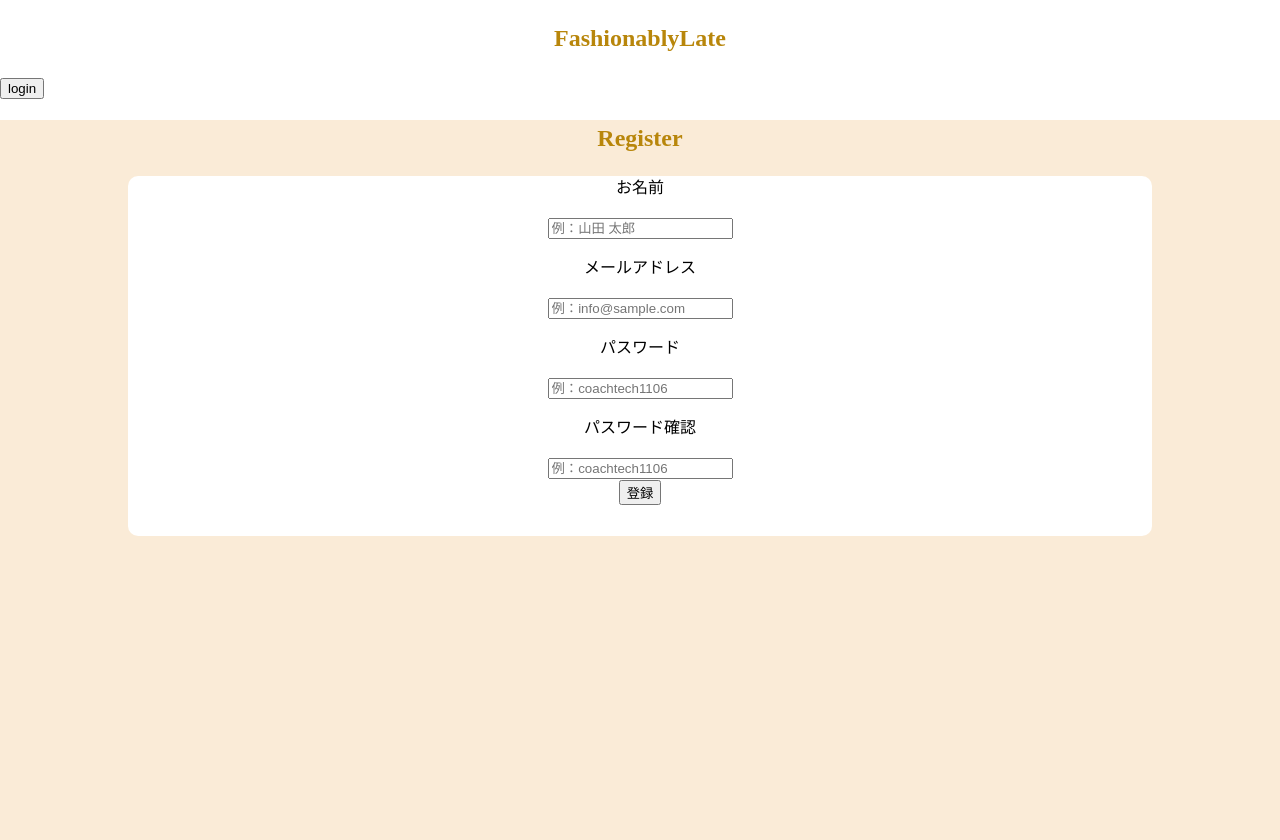
Repository: tokisiro/test-form
Page: http://localhost/register
The author's editor kept a copy of each file at every save. The page is drawn from the files as they stood at one save, then again after the next save.
The browser window is 1280 px wide. The pictures show the whole page.
The page is served by the project's Laravel application, run on PHP 8.4 with Laravel 8. A made-up administrator, Test User (test@example.com), is signed in. Other server files are loaded and not shown.

Above is the page before, as saved 2025-05-07 20:38:31.

### src/routes/web.php
<?php

use Illuminate\Support\Facades\Route;
use App\Http\Controllers\ContactController;
use App\Http\Controllers\UsersController;
use Laravel\Fortify\Http\Controllers\AuthenticatedSessionController;
use Laravel\Fortify\Http\Controllers\RegisteredUserController;
/*
|--------------------------------------------------------------------------
| Web Routes
|--------------------------------------------------------------------------
|
| Here is where you can register web routes for your application. These
| routes are loaded by the RouteServiceProvider within a group which
| contains the "web" middleware group. Now create something great!
|
*/

Route::get('/',[ContactController::class, 'index']);
Route::post('/confirm',[ContactController::class, 'confirm']);
Route::post('/create',[ContactController::class, 'create']);

Route::post('/admin',[UsersController::class, 'admin']);
Route::get('/register',[UsersController::class, 'register']);




Route::middleware('auth')->group(function () {
    Route::get('/admin', [UsersController::class, 'admin']);
});

### src/app/Models/User.php
<?php

namespace App\Models;

use Illuminate\Contracts\Auth\MustVerifyEmail;
use Illuminate\Database\Eloquent\Factories\HasFactory;
use Illuminate\Foundation\Auth\User as Authenticatable;
use Illuminate\Notifications\Notifiable;
use Laravel\Sanctum\HasApiTokens;

class User extends Authenticatable
{
    use HasApiTokens, HasFactory, Notifiable;
    protected $table = 'users';

    /**
     * The attributes that are mass assignable.
     *
     * @var array<int, string>
     */
    protected $fillable = [
        'name',
        'email',
        'password',
        'remember_token',
    ];

    /**
     * The attributes that should be hidden for serialization.
     *
     * @var array<int, string>
     */
    protected $hidden = [
        'password',
        'remember_token',
    ];

    /**
     * The attributes that should be cast.
     *
     * @var array<string, string>
     */
    protected $casts = [
        'email_verified_at' => 'datetime',
    ];

    public function contacts()
{
    return $this->hasMany(Contact::class);
}
}

### src/app/Http/Controllers/UsersController.php
<?php

namespace App\Http\Controllers;

use App\Models\Category;
use App\Models\Contact;
use App\Models\User;
use Illuminate\Http\Request;
use App\Http\Requests\RegisterUserRequest;

//管理者用
class UsersController extends Controller
{
    public function register(){
        return view('register');
    }
    public function create(RegisterUserRequest $request){
        $form = $request->all();
        User::create($form);
        return view('login');
    }
    public function login(){
        return view('login');
    }
    public function admin(){


        $contacts = Contact::all()->map(function($contact) {
        switch($contact->gender) {
        case 1:
            $contact->gender_text = '男性';
            break;
        case 2:
            $contact->gender_text = '女性';
            break;
        case 3:
            $contact->gender_text = 'その他';
            break;
        default:
            $contact->gender_text = '';
            break;
        }
        // お問い合わせ内容を変換
        switch($contact->category_id) {
        case 1:
            $contact->category_name = '商品のお届けについて';
            break;
        case 2:
            $contact->category_name = '商品の交換について';
            break;
        case 3:
            $contact->category_name = '商品トラブル';
            break;
        case 4:
            $contact->category_name = 'ショップへのお問い合わせ';
            break;
        case 5:
            $contact->category_name = 'その他';
            break;
        default:
            $contact->category_name = '';
            break;
        }
        return $contact;
    });

    // もしももともと contacts がなければ空のコレクションを設定
    if ($contacts->isEmpty()) {
        $contacts = collect();
    }

    // ビューに渡す
    return view('admin', ['contacts' => $contacts]);


    }
}

### src/resources/views/register.blade.php
<!DOCTYPE html>
<html lang="ja">
<head>
    <meta charset="UTF-8">
    <meta http-equiv="X-UA-Compatible" content="IE=edge">
    <meta name="viewport" content="width=device-width, initial-scale=1.0">
    <title>FashionablyLate</title>
    <link rel="stylesheet" href="css/sanitize.css" />
    <link rel="stylesheet" href="css/register.css" />
</head>
<body>
    <!--ユーザー登録ページ-->
    <header class="header">
        <div class="header__inner">
            <a class="header__logo" href="/">
                FashionablyLate
            </a>
        </div>
        <div class="header__button">
            <a  href="/login">
                <button class="header__button-item">
                    login
                </button>
            </a>
        </div>
    </header>
    <main>
        <div class="register-form">
            <div class="register-form__title">
                <h2>Register</h2>
            </div>
            <div class="register-form__content">
                    <div class="register-form__content-item">
                        <form action="/register" method="post">
                            @csrf
                            @if (count($errors) > 0)
                            <ul>
                                @foreach ($errors->all() as $error)
                                    <li>{{$error}}</li>
                                @endforeach
                            </ul>
                        @endif
                            <p>お名前</p>
                            <input type="text" name="name" value="{{ old('name') }}" placeholder="例：山田 太郎">
                            <p>メールアドレス</p>
                            <input type="email" name="email" value="{{ old('email') }}" placeholder="例：info@sample.com">
                            <p>パスワード</p>
                            <input type="password" name="password" placeholder="例：coachtech1106">
                            <p>パスワード確認</p>
                            <input type="password" name="password_confirmation" placeholder="例：coachtech1106">
                            <div class="register-form__button">
                            <button class="register-form__button-submit" type="submit">
                                登録
                            </button>
                        </div>
                        </form>
                    </div>
                <!--ボタン類を記述-->
                </div>
            </div>
        </div>
    </main>
</body>
</html>

### src/public/css/sanitize.css
/* Document
* ========================================================================== */

/**
* Add border box sizing in all browsers (opinionated).
*/

*,
::before,
::after {
    box-sizing: border-box;
}

/**
* 1. Add text decoration inheritance in all browsers (opinionated).
* 2. Add vertical alignment inheritance in all browsers (opinionated).
*/

::before,
::after {
    vertical-align: inherit;
    /* 2 */
    text-decoration: inherit;
    /* 1 */
}

/**
* 1. Use the default cursor in all browsers (opinionated).
* 2. Change the line height in all browsers (opinionated).
* 3. Use a 4-space tab width in all browsers (opinionated).
* 4. Remove the grey highlight on links in iOS (opinionated).
* 5. Prevent adjustments of font size after orientation changes in
*    IE on Windows Phone and in iOS.
* 6. Breaks words to prevent overflow in all browsers (opinionated).
*/

html {
    word-break: break-word;
    /* 6 */
    -moz-tab-size: 4;
    /* 3 */
    tab-size: 4;
    /* 3 */
    line-height: 1.5;
    /* 2 */
    cursor: default;
    /* 1 */

    -webkit-tap-highlight-color: transparent
        /* 4 */
    ;
    -ms-text-size-adjust: 100%;
    /* 5 */
    -webkit-text-size-adjust: 100%;
    /* 5 */
}

/* Sections
* ========================================================================== */

/**
* Remove the margin in all browsers (opinionated).
*/

body {
    margin: 0;
}

/**
* Correct the font size and margin on `h1` elements within `section` and
* `article` contexts in Chrome, Edge, Firefox, and Safari.
*/

h1 {
    margin: 0.67em 0;
    font-size: 2em;
}

/* Grouping content
* ========================================================================== */

/**
* Remove the margin on nested lists in Chrome, Edge, IE, and Safari.
*/

dl dl,
dl ol,
dl ul,
ol dl,
ul dl {
    margin: 0;
}

/**
* Remove the margin on nested lists in Edge 18- and IE.
*/

ol ol,
ol ul,
ul ol,
ul ul {
    margin: 0;
}

/**
* 1. Add the correct sizing in Firefox.
* 2. Show the overflow in Edge 18- and IE.
*/

hr {
    overflow: visible;
    /* 2 */
    height: 0;
    /* 1 */
}

/**
* Add the correct display in IE.
*/

main {
    display: block;
}

/**
* Remove the list style on navigation lists in all browsers (opinionated).
*/

nav ol,
nav ul {
    padding: 0;
    list-style: none;
}

/**
* 1. Correct the inheritance and scaling of font size in all browsers.
* 2. Correct the odd `em` font sizing in all browsers.
*/

pre {
    font-size: 1em;
    /* 2 */
    font-family: monospace, monospace;
    /* 1 */
}

/* Text-level semantics
* ========================================================================== */

/**
* Remove the gray background on active links in IE 10.
*/

a {
    background-color: transparent;
}

/**
* Add the correct text decoration in Edge 18-, IE, and Safari.
*/

abbr[title] {
    text-decoration: underline;
    text-decoration: underline dotted;
}

/**
* Add the correct font weight in Chrome, Edge, and Safari.
*/

b,
strong {
    font-weight: bolder;
}

/**
* 1. Correct the inheritance and scaling of font size in all browsers.
* 2. Correct the odd `em` font sizing in all browsers.
*/

code,
kbd,
samp {
    font-size: 1em;
    /* 2 */
    font-family: monospace, monospace;
    /* 1 */
}

/**
* Add the correct font size in all browsers.
*/

small {
    font-size: 80%;
}

/* Embedded content
* ========================================================================== */

/*
* Change the alignment on media elements in all browsers (opinionated).
*/

audio,
canvas,
iframe,
img,
svg,
video {
    vertical-align: middle;
}

/**
* Add the correct display in IE 9-.
*/

audio,
video {
    display: inline-block;
}

/**
* Add the correct display in iOS 4-7.
*/

audio:not([controls]) {
    display: none;
    height: 0;
}

/**
* Remove the border on iframes in all browsers (opinionated).
*/

iframe {
    border-style: none;
}

/**
* Remove the border on images within links in IE 10-.
*/

img {
    border-style: none;
}

/**
* Change the fill color to match the text color in all browsers (opinionated).
*/

svg:not([fill]) {
    fill: currentColor;
}

/**
* Hide the overflow in IE.
*/

svg:not(:root) {
    overflow: hidden;
}

/* Tabular data
* ========================================================================== */

/**
* Collapse border spacing in all browsers (opinionated).
*/

table {
    border-collapse: collapse;
}

/* Forms
* ========================================================================== */

/**
* Remove the margin on controls in Safari.
*/

button,
input,
select {
    margin: 0;
}

/**
* 1. Show the overflow in IE.
* 2. Remove the inheritance of text transform in Edge 18-, Firefox, and IE.
*/

button {
    overflow: visible;
    /* 1 */
    text-transform: none;
    /* 2 */
}

/**
* Correct the inability to style buttons in iOS and Safari.
*/

button,
[type="button"],
[type="reset"],
[type="submit"] {
    -webkit-appearance: button;
}

/**
* 1. Change the inconsistent appearance in all browsers (opinionated).
* 2. Correct the padding in Firefox.
*/

fieldset {
    padding: 0.35em 0.75em 0.625em;
    /* 2 */
    border: 1px solid #a0a0a0;
    /* 1 */
}

/**
* Show the overflow in Edge 18- and IE.
*/

input {
    overflow: visible;
}

/**
* 1. Correct the text wrapping in Edge 18- and IE.
* 2. Correct the color inheritance from `fieldset` elements in IE.
*/

legend {
    display: table;
    /* 1 */
    max-width: 100%;
    /* 1 */
    color: inherit;
    /* 2 */
    white-space: normal;
    /* 1 */
}

/**
* 1. Add the correct display in Edge 18- and IE.
* 2. Add the correct vertical alignment in Chrome, Edge, and Firefox.
*/

progress {
    display: inline-block;
    /* 1 */
    vertical-align: baseline;
    /* 2 */
}

/**
* Remove the inheritance of text transform in Firefox.
*/

select {
    text-transform: none;
}

/**
* 1. Remove the margin in Firefox and Safari.
* 2. Remove the default vertical scrollbar in IE.
* 3. Change the resize direction in all browsers (opinionated).
*/

textarea {
    overflow: auto;
    /* 2 */
    margin: 0;
    /* 1 */
    resize: vertical;
    /* 3 */
}

/**
* Remove the padding in IE 10-.
*/

[type="checkbox"],
[type="radio"] {
    padding: 0;
}

/**
* 1. Correct the odd appearance in Chrome, Edge, and Safari.
* 2. Correct the outline style in Safari.
*/

[type="search"] {
    outline-offset: -2px;
    /* 2 */

    -webkit-appearance: textfield;
    /* 1 */
}

/**
* Correct the cursor style of increment and decrement buttons in Safari.
*/

::-webkit-inner-spin-button,
::-webkit-outer-spin-button {
    height: auto;
}

/**
* Correct the text style of placeholders in Chrome, Edge, and Safari.
*/

::-webkit-input-placeholder {
    color: inherit;
    opacity: 0.54;
}

/**
* Remove the inner padding in Chrome, Edge, and Safari on macOS.
*/

::-webkit-search-decoration {
    -webkit-appearance: none;
}

/**
* 1. Correct the inability to style upload buttons in iOS and Safari.
* 2. Change font properties to `inherit` in Safari.
*/

::-webkit-file-upload-button {
    font: inherit;
    /* 2 */

    -webkit-appearance: button;
    /* 1 */
}

/**
* Remove the inner border and padding of focus outlines in Firefox.
*/

::-moz-focus-inner {
    padding: 0;
    border-style: none;
}

/**
* Restore the focus outline styles unset by the previous rule in Firefox.
*/

:-moz-focusring {
    outline: 1px dotted ButtonText;
}

/**
* Remove the additional :invalid styles in Firefox.
*/

:-moz-ui-invalid {
    box-shadow: none;
}

/* Interactive
* ========================================================================== */

/*
* Add the correct display in Edge 18- and IE.
*/

details {
    display: block;
}

/*
* Add the correct styles in Edge 18-, IE, and Safari.
*/

dialog {
    position: absolute;
    right: 0;
    left: 0;
    display: block;
    margin: auto;
    padding: 1em;
    width: -moz-fit-content;
    width: -webkit-fit-content;
    width: fit-content;
    height: -moz-fit-content;
    height: -webkit-fit-content;
    height: fit-content;
    border: solid;
    background-color: white;
    color: black;
}

dialog:not([open]) {
    display: none;
}

/*
* Add the correct display in all browsers.
*/

summary {
    display: list-item;
}

/* Scripting
* ========================================================================== */

/**
* Add the correct display in IE 9-.
*/

canvas {
    display: inline-block;
}

/**
* Add the correct display in IE.
*/

template {
    display: none;
}

/* User interaction
* ========================================================================== */

/*
* 1. Remove the tapping delay in IE 10.
* 2. Remove the tapping delay on clickable elements
in all browsers (opinionated).
*/

a,
area,
button,
input,
label,
select,
summary,
textarea,
[tabindex] {
    -ms-touch-action: manipulation;
    /* 1 */
    touch-action: manipulation;
    /* 2 */
}

/**
* Add the correct display in IE 10-.
*/

[hidden] {
    display: none;
}

/* Accessibility
* ========================================================================== */

/**
* Change the cursor on busy elements in all browsers (opinionated).
*/

[aria-busy="true"] {
    cursor: progress;
}

/*
* Change the cursor on control elements in all browsers (opinionated).
*/

[aria-controls] {
    cursor: pointer;
}

/*
* Change the cursor on disabled, not-editable, or otherwise
* inoperable elements in all browsers (opinionated).
*/

[aria-disabled="true"],
[disabled] {
    cursor: not-allowed;
}

/*
* Change the display on visually hidden accessible elements
* in all browsers (opinionated).
*/

[aria-hidden="false"][hidden] {
    display: initial;
}

[aria-hidden="false"][hidden]:not(:focus) {
    position: absolute;
    clip: rect(0, 0, 0, 0);
}

### src/public/css/register.css

.header {
    background-color: white;

}

.header__inner
{
    margin: 0 auto;
    padding: 20px 15px;
    max-width: 1230px;
    text-align: center;
}

.header__logo {
    color: #B8860B;
    text-decoration: none;
    font-weight: bold;
    font-size: 24px;
    font-family: serif;
}

.header__button{
    position: relative;
    text-align: r;
}



.register-form {
    background-color: antiquewhite;
    height: 100vh;
    text-align: center;
}

.register-form__title{
    color: #B8860B;
    font-family: serif;
}

.register-form__content{
    background-color: white;
    width: 80%;
    height: 50%;
    margin: 0 auto;
    border-radius: 10px;
}

Loaded but not shown: src/app/Http/Controllers/Controller.php (common file)

After the next save:
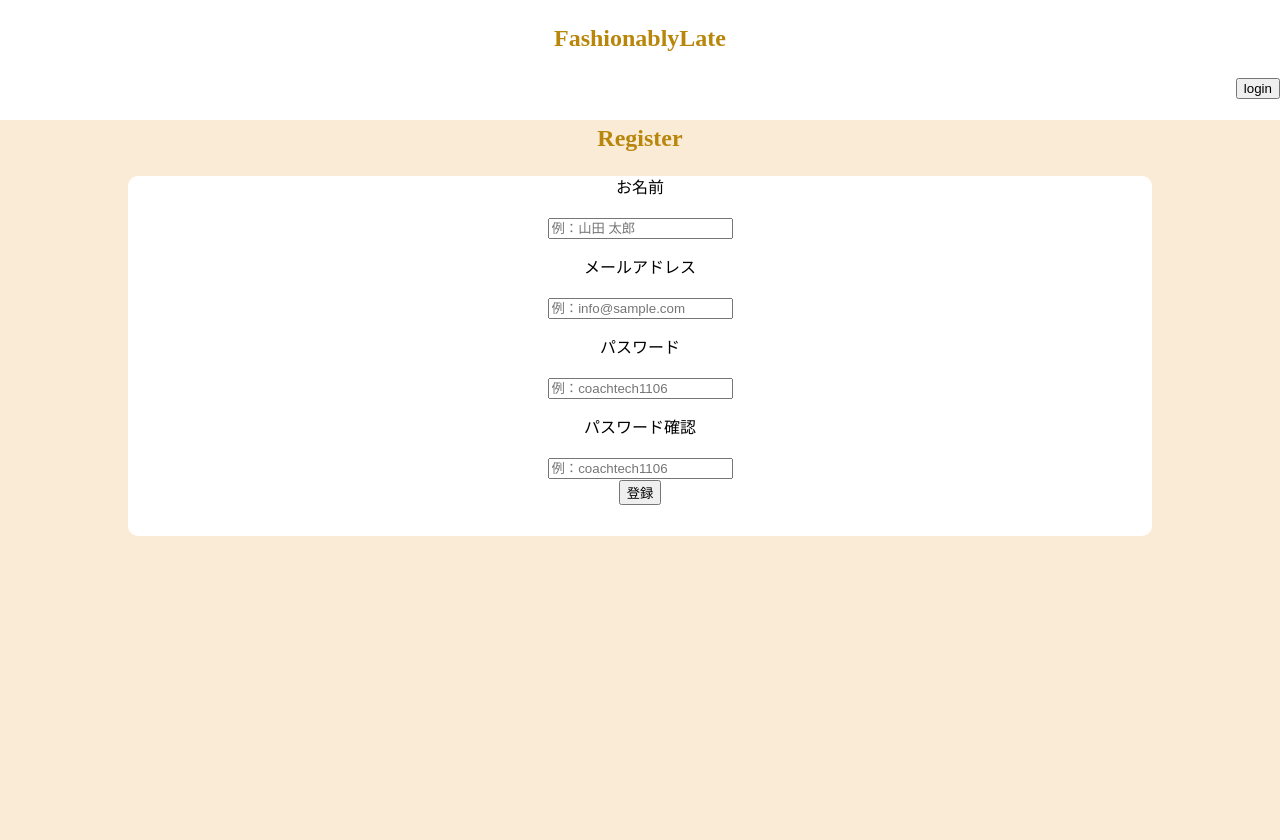
Saved 7 s later.
--- a/src/public/css/register.css
+++ b/src/public/css/register.css
@@ -22,7 +22,7 @@
 
 .header__button{
     position: relative;
-    text-align: r;
+    text-align: right;
 }
 
 
